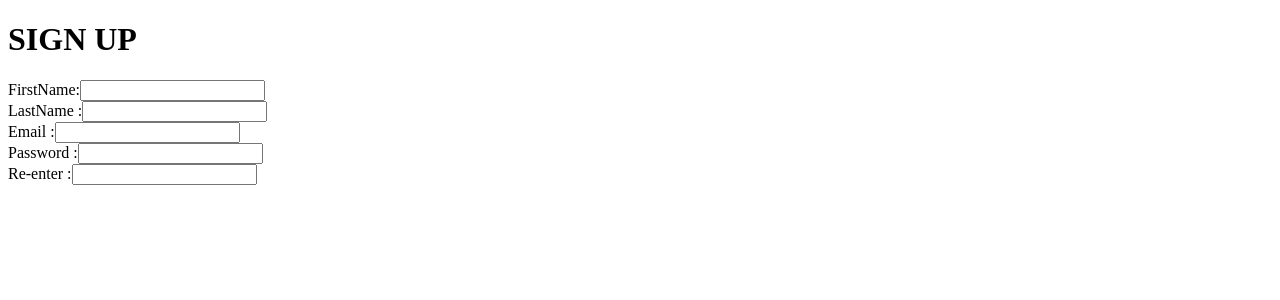
Repository: akhhiil/ICT_JAVA
Page: Demo3/src/main/webapp/index.html
These files come from the project's save history. The page is drawn as it stood at one moment and after the next save; the edit follows.
The browser window is 1280 px wide. The pictures show the whole page.

Above is the page before, as saved 2024-10-05 06:25:47.

### Demo3/src/main/webapp/index.html
<!DOCTYPE html>
<html>
<head>
<meta charset="ISO-8859-1">
<title>SIGN UP</title>
</head>
<body>
<div>
	<h1>SIGN UP</h1>
	<div>
		FirstName:<input type="text" name="fname"><br>
		LastName :<input type="text" name="lname"><br>
		Email    :<input type="text" name="email"><br>
		Password :<input type="password" name="password"><br>
		Re-enter :<input type="password" name="repassword"><br>



	</div>
</div>
</body>
</html>

After the next save:
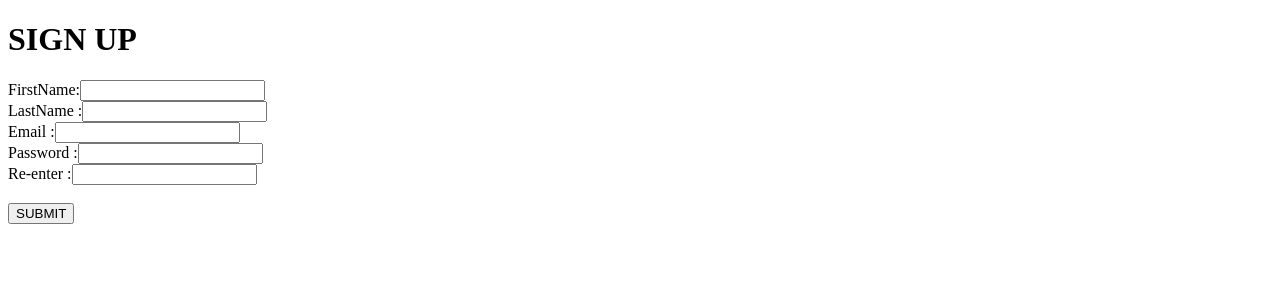
Saved 57 s later.
--- a/Demo3/src/main/webapp/index.html
+++ b/Demo3/src/main/webapp/index.html
@@ -4,7 +4,7 @@
 <meta charset="ISO-8859-1">
 <title>SIGN UP</title>
 </head>
-<body>
+<body >
 <div>
 	<h1>SIGN UP</h1>
 	<div>
@@ -12,11 +12,9 @@
 		LastName :<input type="text" name="lname"><br>
 		Email    :<input type="text" name="email"><br>
 		Password :<input type="password" name="password"><br>
-		Re-enter :<input type="password" name="repassword"><br>
-
-
-
+		Re-enter :<input type="password" name="repassword"><br><br>
 	</div>
+	<button>SUBMIT</button>
 </div>
 </body>
 </html>
